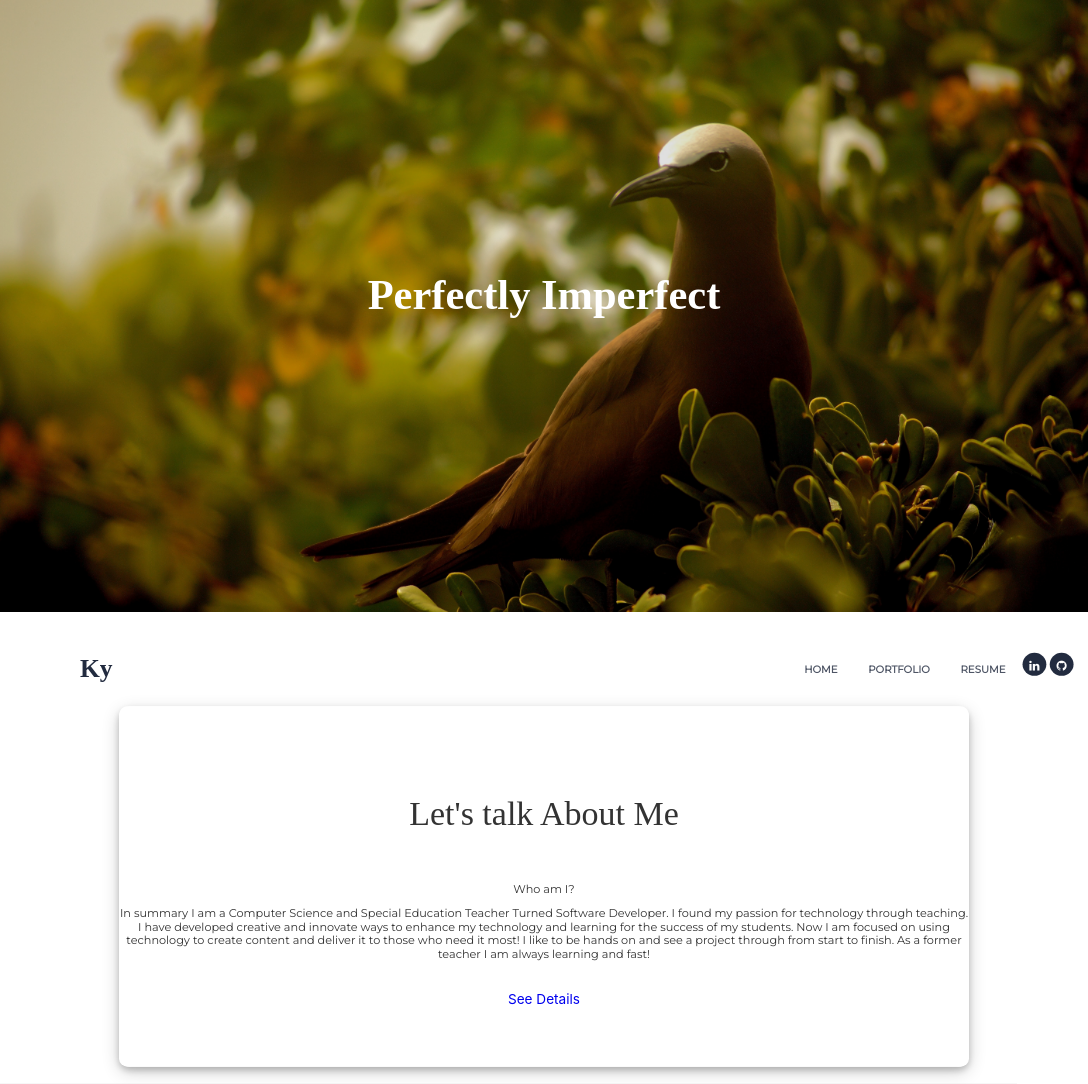
Repository: kkyler24/Perfectly-Imperfect
Page: / (app in imperfect/)
The author's editor kept a copy of each file at every save. The page is drawn from the files as they stood at one save, then again after the next save.
The browser window is 1280 px wide. The pictures show the whole page, at 85% of full size.
Backgrounds fixed to the window are drawn as part of the page. Some web fonts or font styles are not loaded; a fallback is used. The project was rebuilt for these pictures with package versions that can differ from the ones it lists, and the page was loaded fresh each time.

Above is the page before, as saved 2020-08-06 13:46:45.

After the next save:
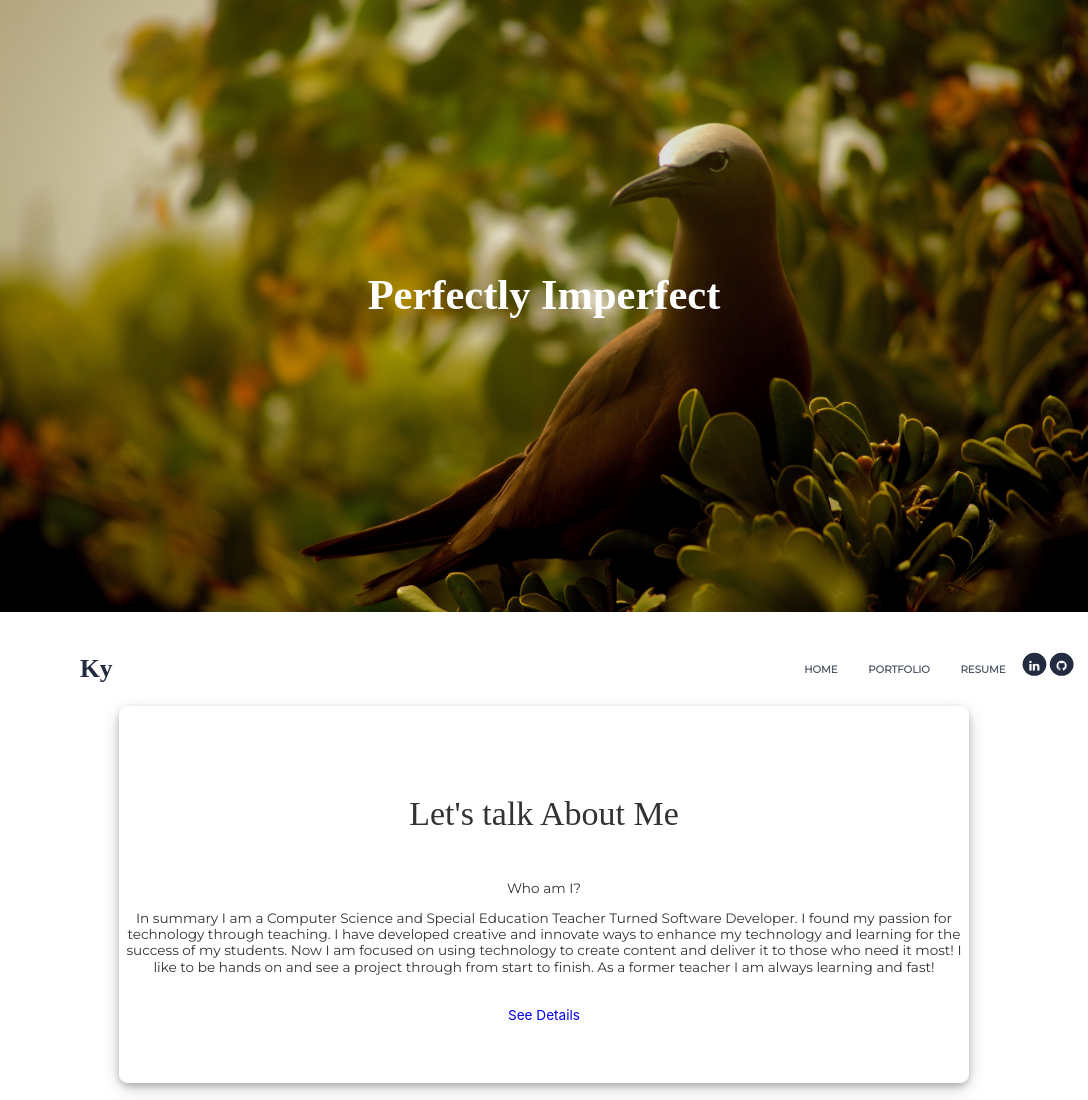
Saved 25 s later.
--- a/imperfect/src/Components/aboutMeIndex/aboutme.js
+++ b/imperfect/src/Components/aboutMeIndex/aboutme.js
@@ -9,7 +9,7 @@ function Aboutme() {
           <div class="row">
             <div class="ml-auto mr-auto col-md-8">
               <h2 class="titleAB">Let's talk About Me</h2>
-              <h5 class="descriptionAB">
+              <h4 class="descriptionAB">
                 {" "}
                 Who am I?
                 <p>
@@ -22,7 +22,7 @@ function Aboutme() {
                   like to be hands on and see a project through from start to
                   finish. As a former teacher I am always learning and fast!
                 </p>
-              </h5>
+              </h4>
               <br />
               <a href="#pablo" class="btn-round btn btn-info">
                 See Details
